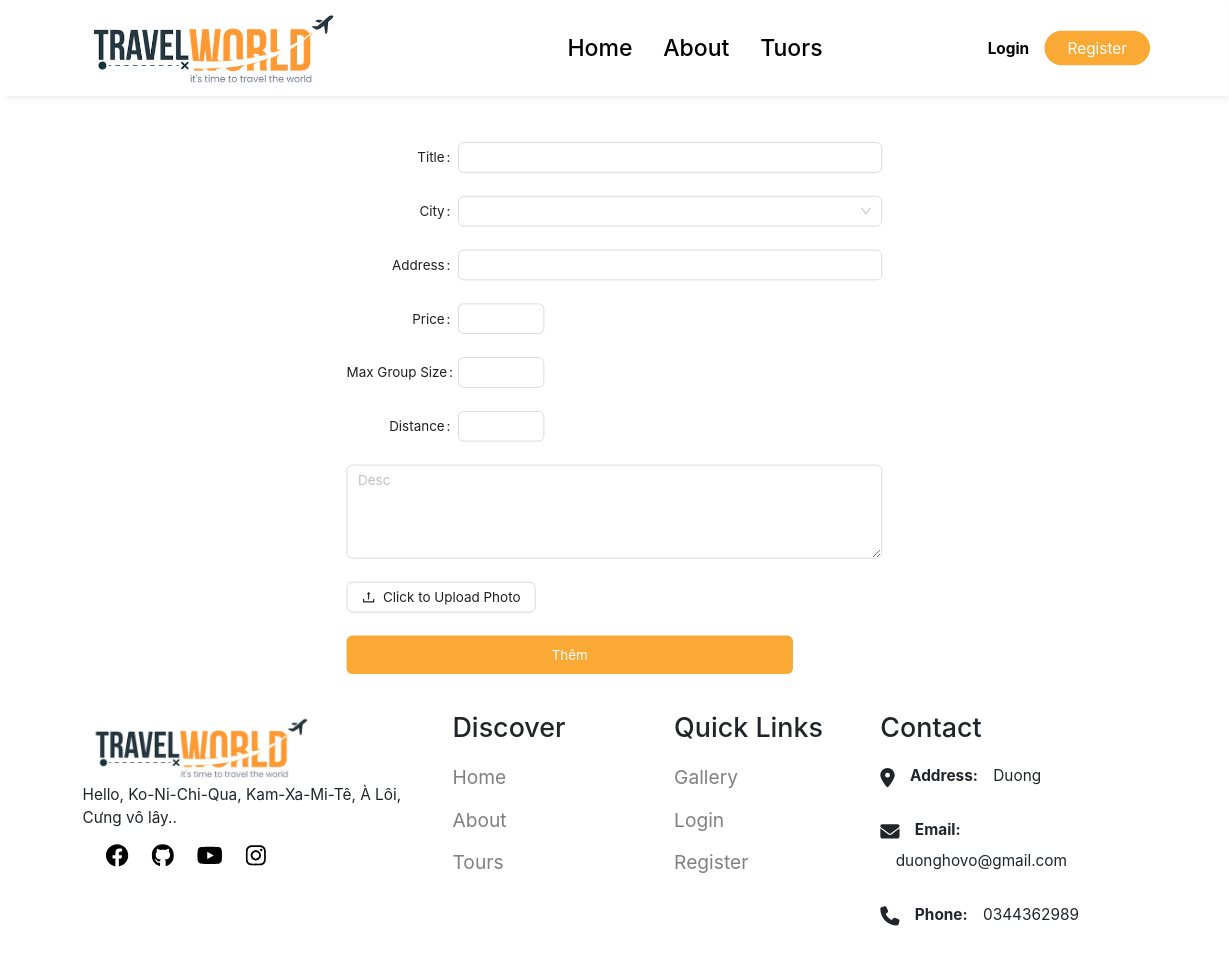
Repository: NguyenHuu001/dulich
Page: /addTour
An editor plug-in stored every save of this project. The page is shown before and after the next save, followed by the edit.
The browser window is 1280 px wide. The pictures show the whole page, at 96% of full size.
The project was rebuilt for these pictures with package versions that can differ from the ones it lists, and the page was loaded fresh each time. Also part of the build but not shown: src/pages/Home/data.js, src/pages/Home/index.js, src/pages/About/index.js, src/pages/Tours/ChiTietTour.js, src/pages/Tours/index.js, src/pages/Login/index.js, src/pages/Register/index.js, src/pages/Cart/index.js and 1 more. Imported but missing from the stored project, and not drawn on this page: src/assets/audio/video1.mp4.

Above is the page before, as saved 2023-08-14 20:16:05.

After the next save:
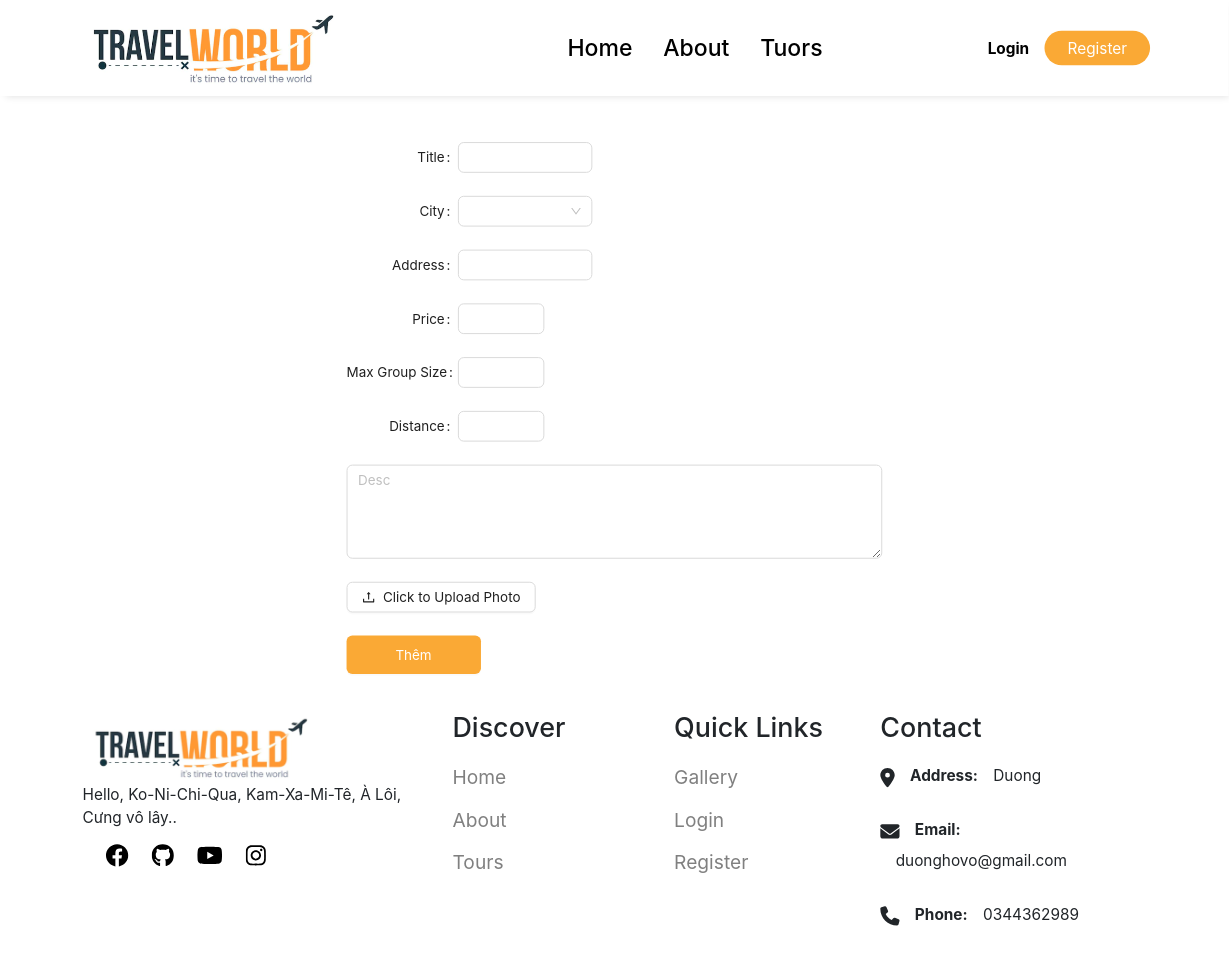
Saved 33 s later.
--- a/src/pages/AddTour/index.js
+++ b/src/pages/AddTour/index.js
@@ -60,7 +60,7 @@ function AddTour() {
                     span: 5,
                 }}
                 wrapperCol={{
-                    span: 20,
+                    span: 6,
                 }}
                 className="col-md-6"
                 style={{
